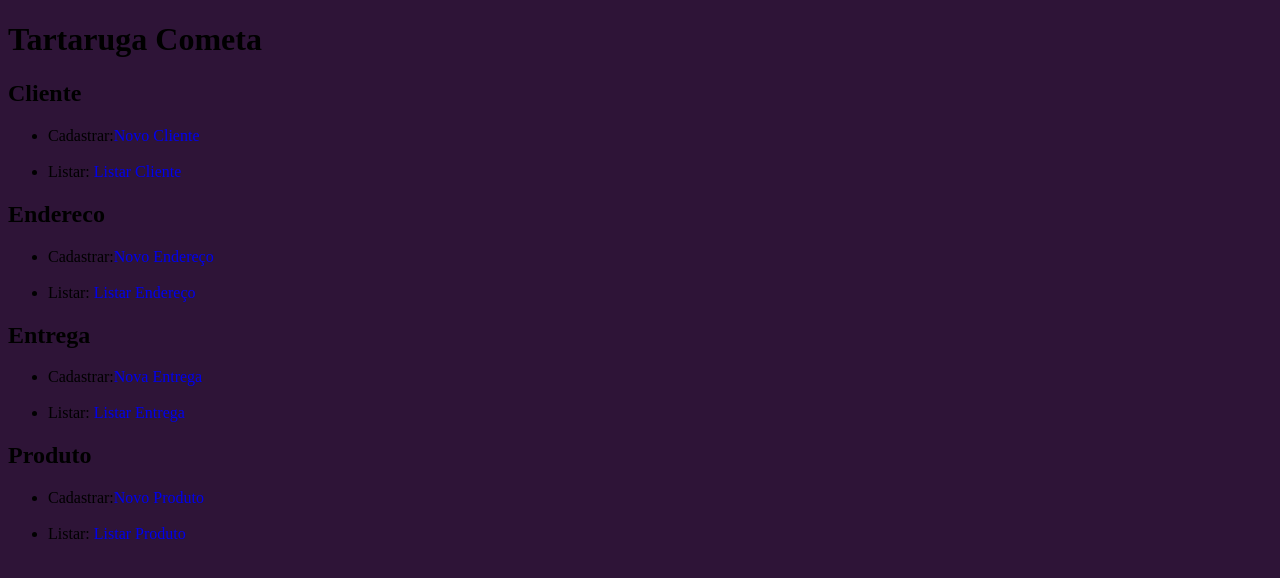
Repository: alvarofgomes/TartarugaCometa
Page: http://localhost/TartarugaCometa/src/main/WebContent/index.jsp
An editor plug-in stored every save of this project. The page is shown before and after the next save, followed by the edit.
The browser window is 1280 px wide. The pictures show the whole page.
The page is served by Tomcat 9.

Above is the page before, as saved 2025-12-17 20:52:28.

After the next save:
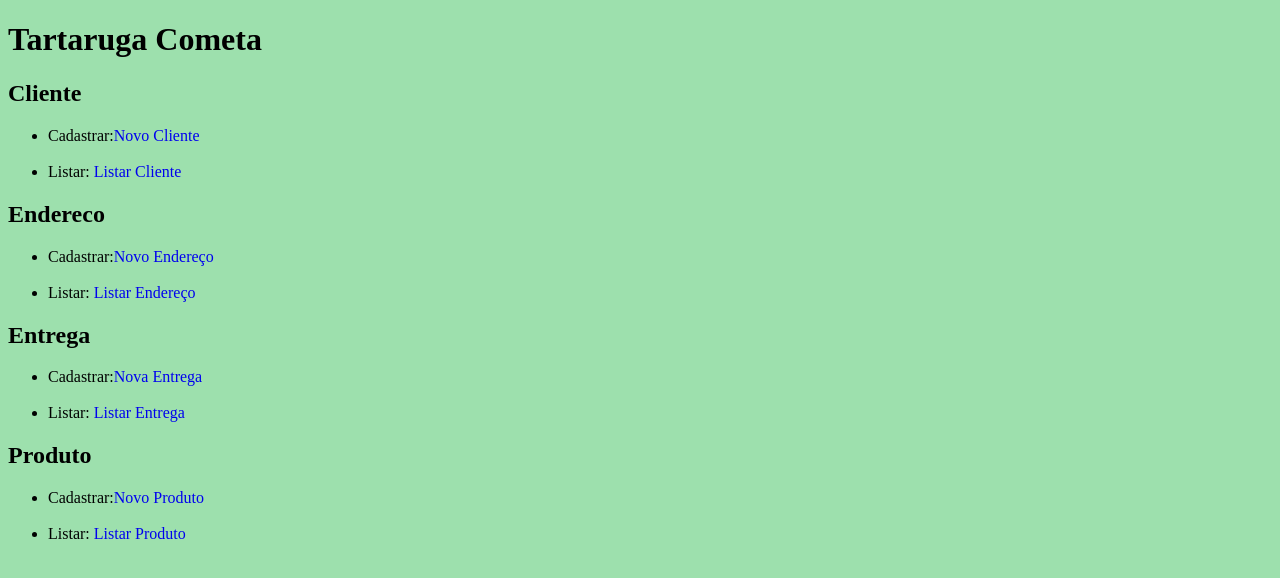
Saved 14 s later.
--- a/TartarugaCometa/src/main/WebContent/index.jsp
+++ b/TartarugaCometa/src/main/WebContent/index.jsp
@@ -8,7 +8,7 @@
 <title>Menu Tartaruga Cometa</title>
 <style>
 a{text-decoration: none;}
-body {background-color: #2e1437;}
+body {background-color: #9de0ad;}
 </style>
 </head>
 <body>
